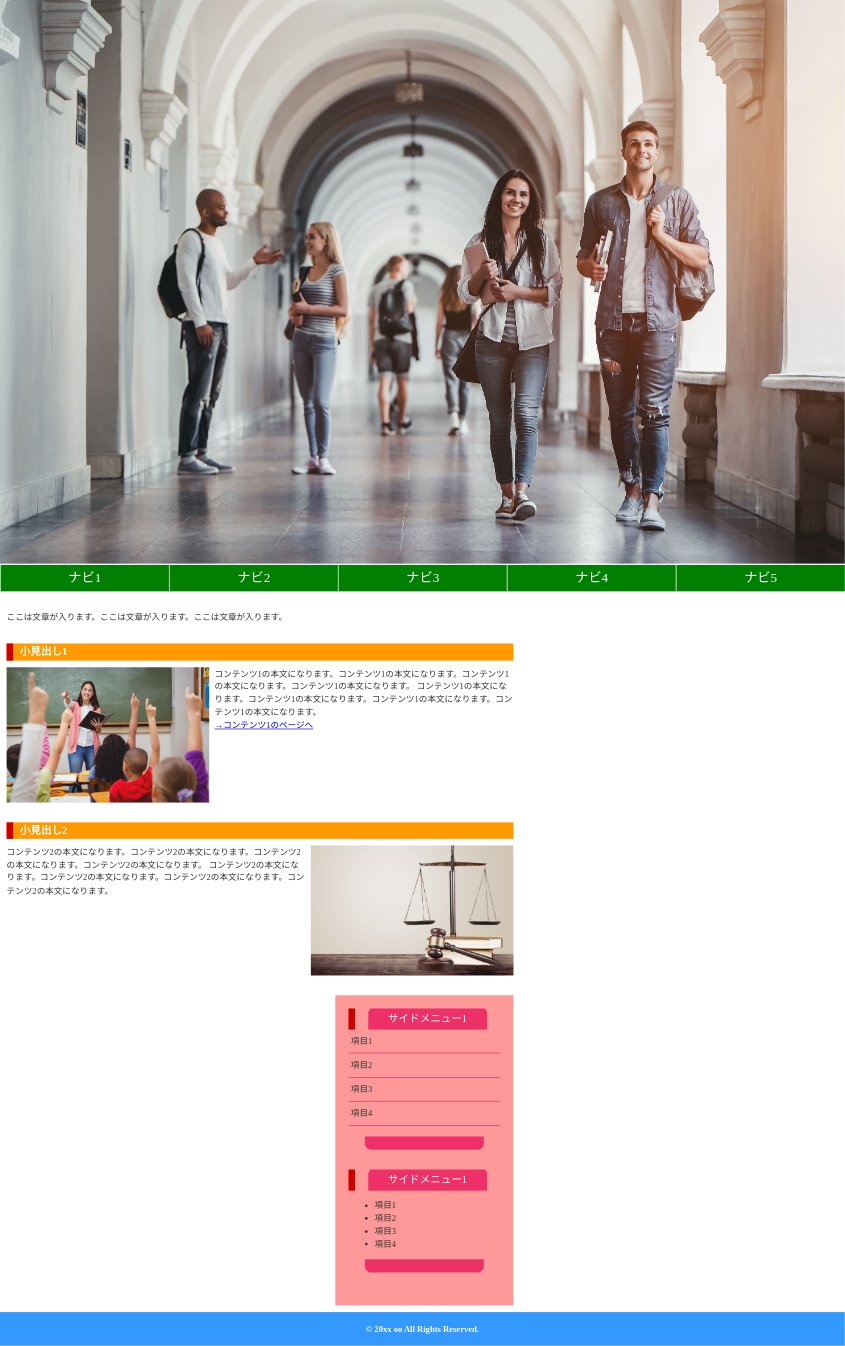
Repository: BenBen-san/Typing-Game
Page: 2nd Trial/home2.html
The author's editor kept a record of every edit. The page is drawn from the files as they stood at one moment, then again after the next edit.
The browser window is 1280 px wide. The pictures show the whole page, at 66% of full size.

Above is the page before.

After the next edit:
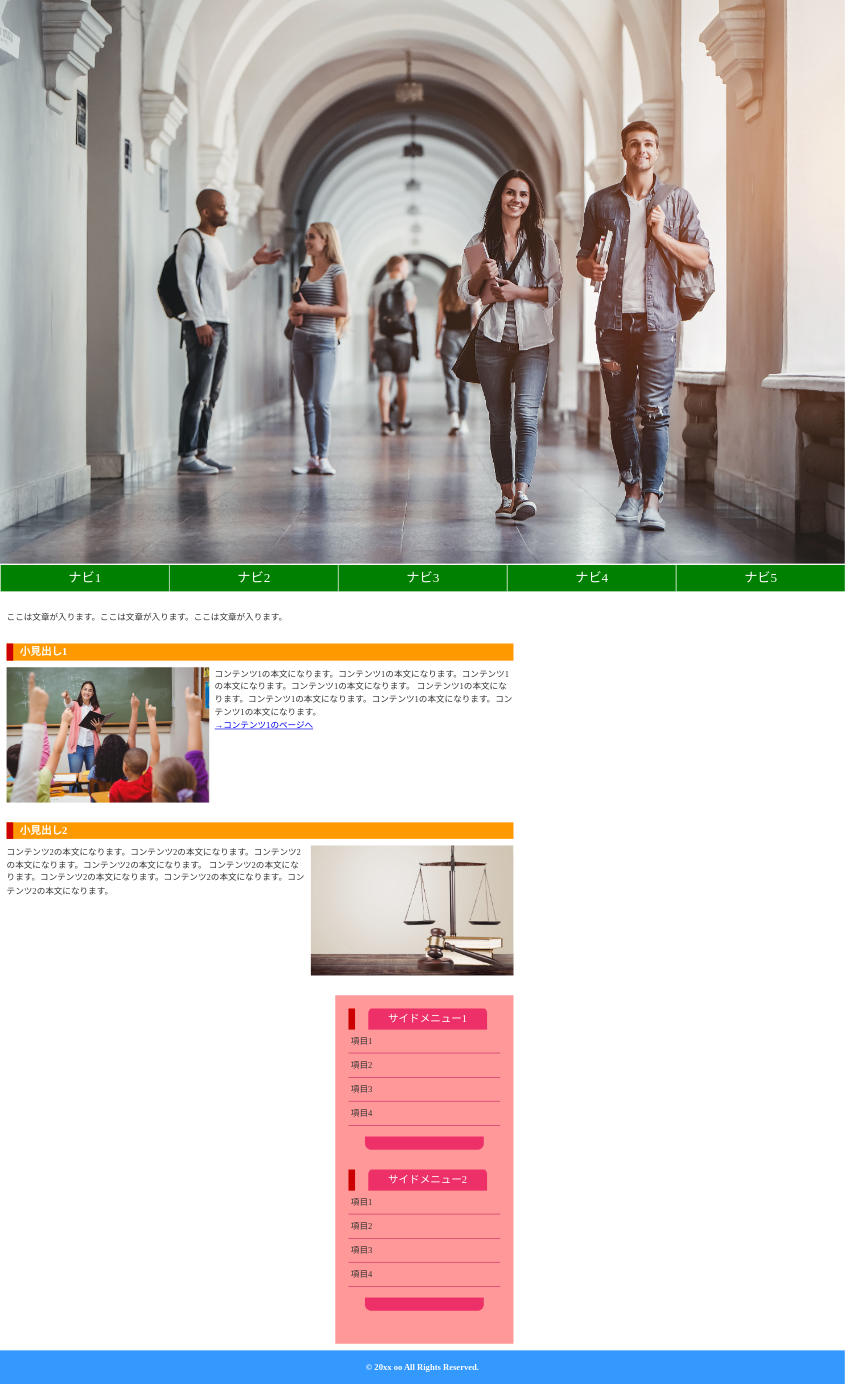
The edit:
--- a/2nd Trial/home2.html
+++ b/2nd Trial/home2.html
@@ -60,8 +60,8 @@
                             </div>
                         </div>
                         <div class="box">
-                            <h2>サイドメニュー1</h2>
-                            <div class="box-body">
+                            <h2>サイドメニュー2</h2>
+                            <div class="boxBody">
                                 <ul>
                                     <li>項目1</li>
                                     <li>項目2</li>
